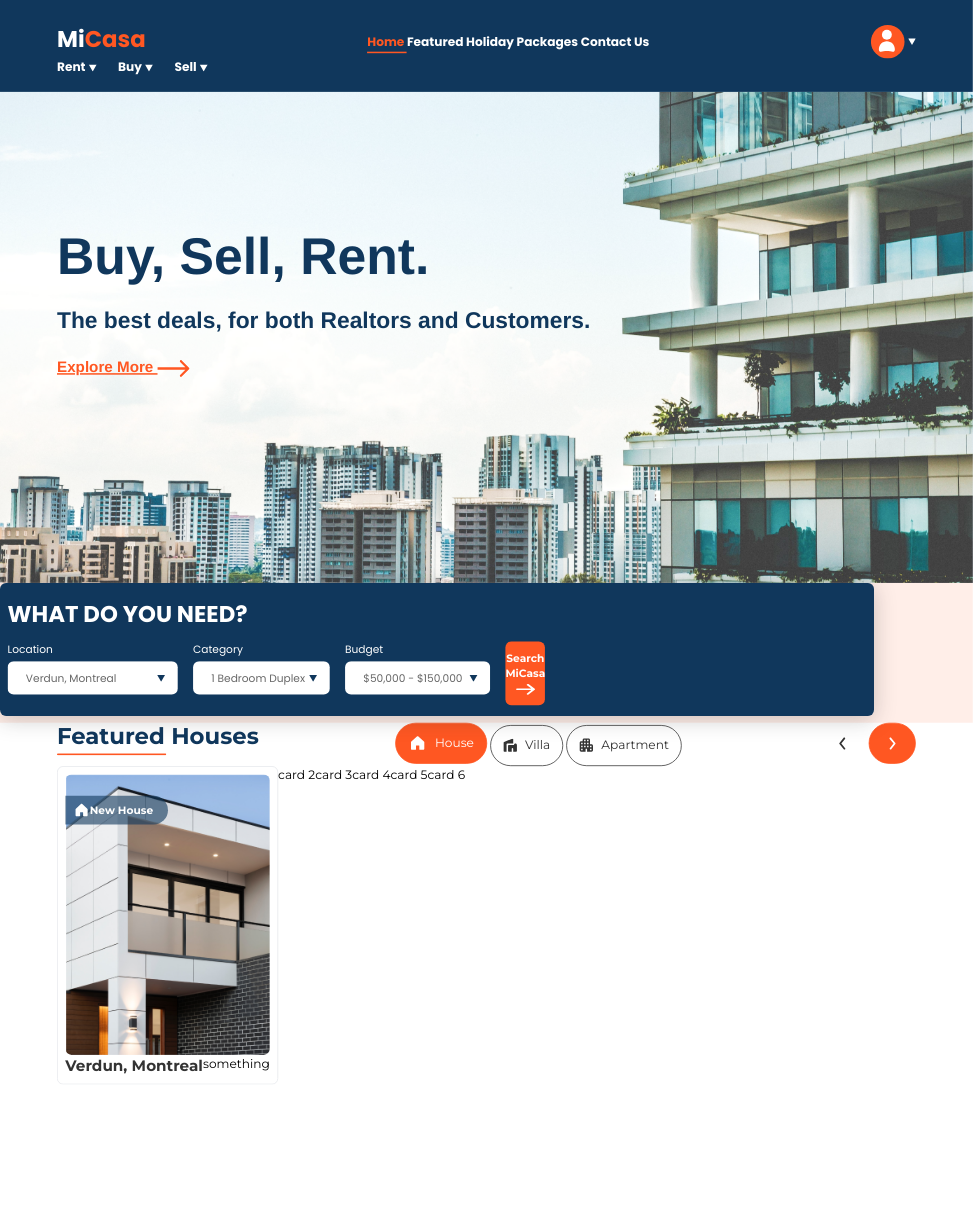
Repository: BenUnyolo/micasa-frontend
Page: index.html
An editor plug-in stored every save of this project. The page is shown before and after the next save, followed by the edit.
The browser window is 1280 px wide. The pictures show the whole page, at 76% of full size.

Above is the page before, as saved 2021-10-17 16:43:39.

### index.html
<!DOCTYPE html>
<html lang="en">
  <head>
    <meta charset="UTF-8" />
    <meta http-equiv="X-UA-Compatible" content="IE=edge" />
    <meta name="viewport" content="width=device-width, initial-scale=1.0" />
    <title>Document</title>
    <link rel="stylesheet" href="tailwind.css" />
  </head>
  <body>
    <!-- HEADER -->
    <header class="pt-8 pb-5 text-white bg-primary-600">
      <div class="inner-container">
        <!-- top row -->
        <div class="flex flex-row justify-between">
          <a
            href="/"
            class="inline-block text-3xl font-bold leading-10 font-poppins"
          >
            Mi<span class="text-secondary-600">Casa</span>
          </a>
          <nav class="flex items-center inline-block">
            <ul class="font-bold li-inline space-x-14 font-poppins">
              <li
                class="
                  text-secondary-600
                  border-b-2
                  pb-0.5
                  border-secondary-600
                "
              >
                <a href="/">Home</a>
              </li>
              <li><a href="#">Featured</a></li>
              <li><a href="#">Holiday Packages</a></li>
              <li><a href="#">Contact Us</a></li>
            </ul>
          </nav>
          <div class="flex flex-row items-center">
            <img src="assets/images/user_avatar.svg" alt="user avatar" />
            <svg
              width="14"
              height="12"
              viewBox="0 0 14 12"
              fill="none"
              xmlns="http://www.w3.org/2000/svg"
              class="pl-1"
            >
              <title>profile dropdown</title>
              <path d="M7 12L0.0717964 0H13.9282L7 12Z" fill="white" />
            </svg>
          </div>
        </div>
        <!-- bottom row -->
        <div>
          <ul class="space-x-6 font-bold li-inline font-poppins">
            <li>
              Rent
              <svg
                width="12"
                height="9"
                viewBox="0 0 12 9"
                fill="none"
                xmlns="http://www.w3.org/2000/svg"
                class="inline-block"
              >
                <path d="M6 9L0.803848 0H11.1962L6 9Z" fill="white" />
              </svg>
            </li>
            <li>
              Buy
              <svg
                width="12"
                height="9"
                viewBox="0 0 12 9"
                fill="none"
                xmlns="http://www.w3.org/2000/svg"
                class="inline-block"
              >
                <path d="M6 9L0.803848 0H11.1962L6 9Z" fill="white" />
              </svg>
            </li>
            <li>
              Sell
              <svg
                width="12"
                height="9"
                viewBox="0 0 12 9"
                fill="none"
                xmlns="http://www.w3.org/2000/svg"
                class="inline-block"
              >
                <path d="M6 9L0.803848 0H11.1962L6 9Z" fill="white" />
              </svg>
            </li>
          </ul>
        </div>
      </div>
    </header>

    <!-- HERO -->
    <div class="hero">
      <div class="flex inner-container">
        <div class="w-6/12">
          <h1 class="text-primary-600">Buy, Sell, Rent.</h1>
          <h2 class="mt-7.5 text-primary-600">
            The best deals, for both Realtors and Customers.
          </h2>
          <a
            href="#"
            class="
              inline-block
              mt-7.5
              text-secondary-600
              font-helvetica font-bold
              text-xl
              underline
            "
            >Explore More
            <svg
              width="43"
              height="23"
              viewBox="0 0 43 23"
              fill="none"
              xmlns="http://www.w3.org/2000/svg"
              class="inline-block"
            >
              <path
                d="M41.6936 12.9142C42.2794 12.3284 42.2794 11.3786 41.6936 10.7929L32.1477 1.24691C31.5619 0.661127 30.6122 0.661127 30.0264 1.24691C29.4406 1.8327 29.4406 2.78245 30.0264 3.36823L38.5117 11.8535L30.0264 20.3388C29.4406 20.9246 29.4406 21.8743 30.0264 22.4601C30.6122 23.0459 31.5619 23.0459 32.1477 22.4601L41.6936 12.9142ZM0.0714722 13.3535H40.633V10.3535H0.0714722V13.3535Z"
                fill="#FF5722"
              />
            </svg>
          </a>
        </div>
      </div>
    </div>

    <!-- SEARCH & HOW IT WORKS -->
    <div class="relative">
      <!-- what do you need -->
      <div
        class="absolute w-full pt-5 -mb-5 text-sm text-white rounded-lg  px-28 pb-7 font-poppins bg-primary-600 absolute-center inner-container -top-32"
        id="homepage-search"
      >
        <h3 class="leading-normal uppercase font-poppins">What do you need?</h3>
        <!-- search boxes -->
        <span class="inline-block w-full mt-3">
          <div class="flex flex-wrap -m-2.5">
            <!-- location -->
            <div class="w-1/3 p-2.5">
              <label for="location" class="block">Location</label>
              <select name="location" id="search-location">
                <option value="verdun-montreal">Verdun, Montreal</option>
                <option value="sthenri-montreal">Saint Henri, Montreal</option>
                <option value="littleburgundy-montreal">
                  Little Burgundy, Montreal
                </option>
              </select>
            </div>
            <!-- category -->
            <div class="w-1/3 p-2.5">
              <label for="category" class="block">Category</label>
              <select name="category" id="search-category">
                <option value="1br-duplex">1 Bedroom Duplex</option>
                <option value="2br-duplex">2 Bedroom Duplex</option>
                <option value="3br-duplex">3 Bedroom Duplex</option>
              </select>
            </div>
            <!-- category -->
            <div class="w-1/3 p-2.5">
              <label for="budget" class="block">Budget</label>
              <select name="budget" id="search-budget">
                <option value="50k-150k">$50,000 - $150,000</option>
                <option value="150k-250k">$150,001 - $250,000</option>
                <option value="250k-350k">$250,001 - $350,000</option>
              </select>
            </div>
            <!-- search button -->
            <div class="w-1/3 p-2.5 ml-auto">
              <div class="relative w-full">
                <button class="absolute btn-standard">
                  Search MiCasa
                  <svg
                    width="25"
                    height="15"
                    viewBox="0 0 25 15"
                    fill="none"
                    xmlns="http://www.w3.org/2000/svg"
                    class="inline-block"
                  >
                    <path
                      d="M1.5625 8H20.0938L14.4219 12.36C14.2906 12.4611 14.1916 12.5778 14.1308 12.7034C14.0699 12.829 14.0483 12.961 14.0672 13.0919C14.1052 13.3564 14.3059 13.6003 14.625 13.77C14.9441 13.9397 15.3555 14.0214 15.7686 13.997C16.1818 13.9726 16.5629 13.8442 16.8281 13.64L24.6406 7.64C24.6932 7.59228 24.7402 7.54214 24.7812 7.49C24.7813 7.44 24.8594 7.41 24.8906 7.36C24.9614 7.24534 24.9985 7.12329 25 7C24.9985 6.87671 24.9614 6.75466 24.8906 6.64C24.8906 6.59 24.8125 6.56 24.7812 6.51C24.7402 6.45786 24.6932 6.40773 24.6406 6.36L16.8281 0.360002C16.6812 0.247119 16.4972 0.156339 16.2893 0.0941181C16.0814 0.0318971 15.8545 -0.000236672 15.625 1.91036e-06C15.2599 -0.000454603 14.9061 0.0809208 14.625 0.230002C14.4668 0.313951 14.336 0.417051 14.2401 0.533399C14.1443 0.649746 14.0852 0.777054 14.0663 0.908031C14.0475 1.03901 14.0692 1.17108 14.1302 1.29668C14.1912 1.42229 14.2903 1.53895 14.4219 1.64L20.0938 6H1.5625C1.1481 6 0.750672 6.10536 0.457646 6.2929C0.16462 6.48043 0 6.73479 0 7C0 7.26522 0.16462 7.51957 0.457646 7.70711C0.750672 7.89464 1.1481 8 1.5625 8Z"
                      fill="white"
                    />
                  </svg>
                </button>
              </div>
            </div>
          </div>
        </span>
      </div>
      <!-- how it works -->
      <div class="pb-10 bg-secondary-600 bg-opacity-10 pt-28 text-grey-800">
        <div class="inner-container">
          <h3 class="text-center">How It Works</h3>
          <div class="flex mt-10">
            <!-- find a listing -->
            <div class="flex w-1/3">
              <div class="flex items-center flex-none">
                <img src="assets/images/find_listing.png" alt="" />
              </div>
              <div class="pl-5">
                <h4 class="font-bold">Find A Listing</h4>
                <p class="mt-2 text-xs">
                  Make a choice of the type of apartment and qualities that
                  appeal to your interest.
                </p>
              </div>
            </div>
            <!-- talk to an agent -->
            <div class="flex w-1/3">
              <div class="flex items-center flex-none">
                <img src="assets/images/talk_to_agent.png" alt="" />
              </div>
              <div class="pl-5">
                <h4 class="font-bold">Talk to an Agent</h4>
                <p class="mt-2 text-xs">
                  Our Agents are available 24 Hours Mon-Sat.
                </p>
              </div>
            </div>
            <!-- set the date -->
            <div class="flex w-1/3">
              <div class="flex items-center flex-none">
                <img src="assets/images/set_date.png" alt="" />
              </div>
              <div class="pl-5">
                <h4 class="font-bold">Set the date and Move in!</h4>
                <p class="mt-2 text-xs">
                  Make payments, get reciept and all other important documents,
                  set your move-in date.
                </p>
              </div>
            </div>
          </div>
        </div>
      </div>
    </div>

    <!-- FEATURED HOUSES -->
    <div class="pt-24 inner-container">
      <!-- title row -->
      <div class="flex flex-row justify-between">
        <!-- title -->
        <h3 class="inline-block orange-underline">Featured Houses</h3>
        <!-- building type buttons -->
        <div class="space-x-7">
          <button class="btn-rounded btn-rounded--orange">
            <svg
              width="25"
              height="24"
              viewBox="0 0 25 24"
              fill="none"
              class="inline-block mr-2.5"
              xmlns="http://www.w3.org/2000/svg"
            >
              <path
                d="M21.298 10.7351V19.179C21.2978 19.4439 21.2261 19.7037 21.0903 19.9311C20.9546 20.1584 20.7599 20.3449 20.5269 20.4707C20.3157 20.5849 20.0789 20.6433 19.8388 20.6402H15.45C15.2562 20.6402 15.0704 20.5632 14.9334 20.4262C14.7964 20.2892 14.7194 20.1033 14.7194 19.9096V15.5253C14.7194 15.3315 14.6424 15.1457 14.5054 15.0087C14.3684 14.8717 14.1825 14.7947 13.9888 14.7947H11.0664C10.8726 14.7947 10.6868 14.8717 10.5497 15.0087C10.4127 15.1457 10.3358 15.3315 10.3358 15.5253V19.9096C10.3358 20.1033 10.2588 20.2892 10.1218 20.4262C9.98476 20.5632 9.79892 20.6402 9.60516 20.6402H5.22491C5.01776 20.6407 4.81289 20.5969 4.62403 20.5118C4.43516 20.4267 4.26667 20.3023 4.12983 20.1467C3.88963 19.8689 3.75934 19.5128 3.76353 19.1456V10.735C3.76368 10.5314 3.8063 10.3301 3.88865 10.1439C3.971 9.95775 4.09128 9.79079 4.2418 9.65371L11.5472 3.01134C11.8155 2.76554 12.1662 2.62918 12.5301 2.62915C12.894 2.62912 13.2448 2.76541 13.5132 3.01116L20.8198 9.6538C20.9703 9.7909 21.0906 9.95787 21.1729 10.1441C21.2552 10.3302 21.2978 10.5315 21.298 10.7351Z"
                class="fill-current"
              />
            </svg>
            House
          </button>
          <button class="btn-rounded">
            <svg
              width="19"
              height="18"
              viewBox="0 0 19 18"
              fill="none"
              class="inline-block mr-2.5"
              xmlns="http://www.w3.org/2000/svg"
            >
              <path
                d="M4.52066 17.0955H1.59825C1.06247 17.0955 0.624107 16.6571 0.624107 16.1213V5.10381C0.624107 4.69468 0.867642 4.33424 1.24756 4.18812L11.9631 0.0675206C12.1112 0.0103599 12.271 -0.00973006 12.4287 0.00899941C12.5864 0.0277289 12.7371 0.0847102 12.8677 0.174983C12.9983 0.265256 13.1048 0.386083 13.1781 0.526948C13.2513 0.667813 13.289 0.824446 13.2879 0.98321V6.37993H5.4948C4.95902 6.37993 4.52066 6.8183 4.52066 7.35407V17.0955ZM14.262 8.32821H7.44307C6.9073 8.32821 6.46894 8.76657 6.46894 9.30235V16.1213C6.46894 16.6571 6.9073 17.0955 7.44307 17.0955H11.3396V13.1989C11.3396 12.6631 11.778 12.2248 12.3138 12.2248C12.8495 12.2248 13.2879 12.6631 13.2879 13.1989V17.0955H17.1845C17.7202 17.0955 18.1586 16.6571 18.1586 16.1213V8.32821C18.1586 7.25666 17.2819 6.37993 16.2103 6.37993C15.1388 6.37993 14.262 7.25666 14.262 8.32821Z"
                class="fill-current"
              />
            </svg>
            Villa
          </button>
          <button class="btn-rounded">
            <svg
              width="19"
              height="19"
              viewBox="0 0 19 19"
              fill="none"
              class="inline-block mr-2.5"
              xmlns="http://www.w3.org/2000/svg"
            >
              <path
                d="M14.3568 8.35402V2.50919C14.3568 1.43764 13.4801 0.560913 12.4086 0.560913H6.56373C5.49218 0.560913 4.61545 1.43764 4.61545 2.50919V4.45746H2.66718C1.59563 4.45746 0.718903 5.33419 0.718903 6.40574V16.1471C0.718903 17.2187 1.59563 18.0954 2.66718 18.0954H8.51201V14.1988H10.4603V18.0954H16.3051C17.3767 18.0954 18.2534 17.2187 18.2534 16.1471V10.3023C18.2534 9.23074 17.3767 8.35402 16.3051 8.35402H14.3568ZM4.61545 16.1471H2.66718V14.1988H4.61545V16.1471ZM4.61545 12.2506H2.66718V10.3023H4.61545V12.2506ZM4.61545 8.35402H2.66718V6.40574H4.61545V8.35402ZM8.51201 12.2506H6.56373V10.3023H8.51201V12.2506ZM8.51201 8.35402H6.56373V6.40574H8.51201V8.35402ZM8.51201 4.45746H6.56373V2.50919H8.51201V4.45746ZM12.4086 12.2506H10.4603V10.3023H12.4086V12.2506ZM12.4086 8.35402H10.4603V6.40574H12.4086V8.35402ZM12.4086 4.45746H10.4603V2.50919H12.4086V4.45746ZM16.3051 16.1471H14.3568V14.1988H16.3051V16.1471ZM16.3051 12.2506H14.3568V10.3023H16.3051V12.2506Z"
                class="fill-current"
              />
            </svg>

            Apartment
          </button>
        </div>
        <!-- arrows -->
        <div>
          <button class="border-white btn-rounded text-grey-800">
            <svg
              width="28"
              height="28"
              viewBox="0 0 28 28"
              fill="none"
              class="inline-block"
              xmlns="http://www.w3.org/2000/svg"
            >
              <path
                d="M17.1585 22.2809C17.4219 22.2815 17.677 22.1892 17.8798 22.0201C17.9939 21.9249 18.0882 21.808 18.1574 21.6761C18.2265 21.5441 18.2691 21.3998 18.2827 21.2513C18.2963 21.1027 18.2807 20.953 18.2367 20.8105C18.1927 20.6681 18.1212 20.5358 18.0263 20.4212L12.9775 14.3431L17.846 8.25361C17.9396 8.13762 18.0095 8.00415 18.0517 7.86089C18.0939 7.71762 18.1075 7.56738 18.0918 7.4188C18.0761 7.27021 18.0313 7.12622 17.9601 6.99509C17.889 6.86396 17.7927 6.74828 17.6769 6.6547C17.5603 6.55147 17.4238 6.4736 17.2759 6.42598C17.1279 6.37837 16.9718 6.36204 16.8173 6.37801C16.6628 6.39398 16.5133 6.44191 16.3781 6.5188C16.2428 6.59569 16.1249 6.69986 16.0316 6.8248L10.5884 13.6287C10.4226 13.8316 10.332 14.0861 10.332 14.3488C10.332 14.6114 10.4226 14.8659 10.5884 15.0688L16.2232 21.8727C16.3362 22.0099 16.4798 22.1184 16.6423 22.1893C16.8049 22.2603 16.9817 22.2917 17.1585 22.2809Z"
                class="fill-current"
              />
            </svg>
          </button>
          <button class="btn-rounded btn-rounded--orange">
            <svg
              width="28"
              height="28"
              viewBox="0 0 28 28"
              fill="none"
              class="inline-block"
              xmlns="http://www.w3.org/2000/svg"
            >
              <path
                d="M11.4953 6.37421C11.232 6.37369 10.9768 6.46597 10.774 6.63503C10.6599 6.73022 10.5656 6.84714 10.4964 6.97907C10.4273 7.11101 10.3847 7.25537 10.3711 7.4039C10.3575 7.55242 10.3731 7.70219 10.4171 7.84462C10.4611 7.98705 10.5326 8.11935 10.6275 8.23394L15.6763 14.3121L10.8078 20.4015C10.7142 20.5175 10.6443 20.651 10.6021 20.7943C10.5599 20.9375 10.5463 21.0878 10.562 21.2364C10.5777 21.3849 10.6225 21.5289 10.6937 21.6601C10.7649 21.7912 10.8611 21.9069 10.9769 22.0005C11.0935 22.1037 11.23 22.1816 11.3779 22.2292C11.5259 22.2768 11.682 22.2931 11.8365 22.2771C11.991 22.2612 12.1405 22.2132 12.2757 22.1364C12.411 22.0595 12.5289 21.9553 12.6222 21.8304L18.0654 15.0265C18.2312 14.8236 18.3218 14.5691 18.3218 14.3064C18.3218 14.0437 18.2312 13.7892 18.0654 13.5863L12.4306 6.78244C12.3176 6.64521 12.174 6.53673 12.0115 6.4658C11.8489 6.39487 11.6721 6.36349 11.4953 6.37421Z"
                class="fill-current"
              />
            </svg>
          </button>
        </div>
      </div>
      <!-- house cards -->
      <div class="flex overflow-x-scroll">
        <!-- card 1 -->
        <div class="flex-none w-1/4 border p-2.5 rounded-lg bg-white">
          <!-- top section -->
          <div class="relative">
            <!-- image -->
            <img
              src="assets/images/house_cards/house_1.png"
              alt="house with balcony"
              class="object-cover w-full rounded-lg h-86"
            />
            <!-- tag -->
            <div class="house-card__tag house-card__tag--new-house">
              New House
            </div>
          </div>
          <!-- title section -->
          <div class="flex justify-between">
            <h4 class="text-grey-800">Verdun, Montreal</h4>
            <div>something</div>
          </div>
        </div>
        <div class="flex-none w-1/4">card 2</div>
        <div class="flex-none w-1/4">card 3</div>
        <div class="flex-none w-1/4">card 4</div>
        <div class="flex-none w-1/4">card 5</div>
        <div class="flex-none w-1/4">card 6</div>
      </div>
      <br />
      <br />
      <br />
      <br />
      <br />
      <br />
      <br />
      <br />
    </div>
  </body>
</html>

### assets/images/icons/house_white.svg
<svg width="22" height="22" viewBox="0 0 22 22" fill="none" xmlns="http://www.w3.org/2000/svg">
<path d="M19.3194 10.0223V17.6787C19.3192 17.9188 19.2542 18.1544 19.1311 18.3606C19.008 18.5667 18.8315 18.7358 18.6202 18.8498C18.4287 18.9535 18.214 19.0064 17.9963 19.0035H14.0168C13.8411 19.0035 13.6726 18.9337 13.5484 18.8095C13.4241 18.6853 13.3543 18.5168 13.3543 18.3411V14.3657C13.3543 14.19 13.2846 14.0215 13.1603 13.8973C13.0361 13.7731 12.8676 13.7033 12.6919 13.7033H10.042C9.86634 13.7033 9.69784 13.7731 9.57361 13.8973C9.44937 14.0215 9.37958 14.19 9.37958 14.3657V18.3411C9.37958 18.5168 9.30978 18.6853 9.18555 18.8095C9.06131 18.9337 8.89281 19.0035 8.71711 19.0035H4.74541C4.55757 19.004 4.37181 18.9643 4.20056 18.8872C4.02931 18.81 3.87653 18.6971 3.75246 18.5561C3.53466 18.3042 3.41652 17.9814 3.42032 17.6484V10.0222C3.42046 9.83761 3.4591 9.65508 3.53377 9.48626C3.60844 9.31744 3.7175 9.16605 3.85398 9.04176L10.478 3.01891C10.7213 2.79603 11.0393 2.67239 11.3693 2.67236C11.6993 2.67233 12.0173 2.79591 12.2606 3.01874L18.8858 9.04185C19.0223 9.16616 19.1313 9.31756 19.206 9.48637C19.2806 9.65518 19.3192 9.83771 19.3194 10.0223Z" fill="white"/>
</svg>

Loaded but not shown: tailwind.css (library)

After the next save:
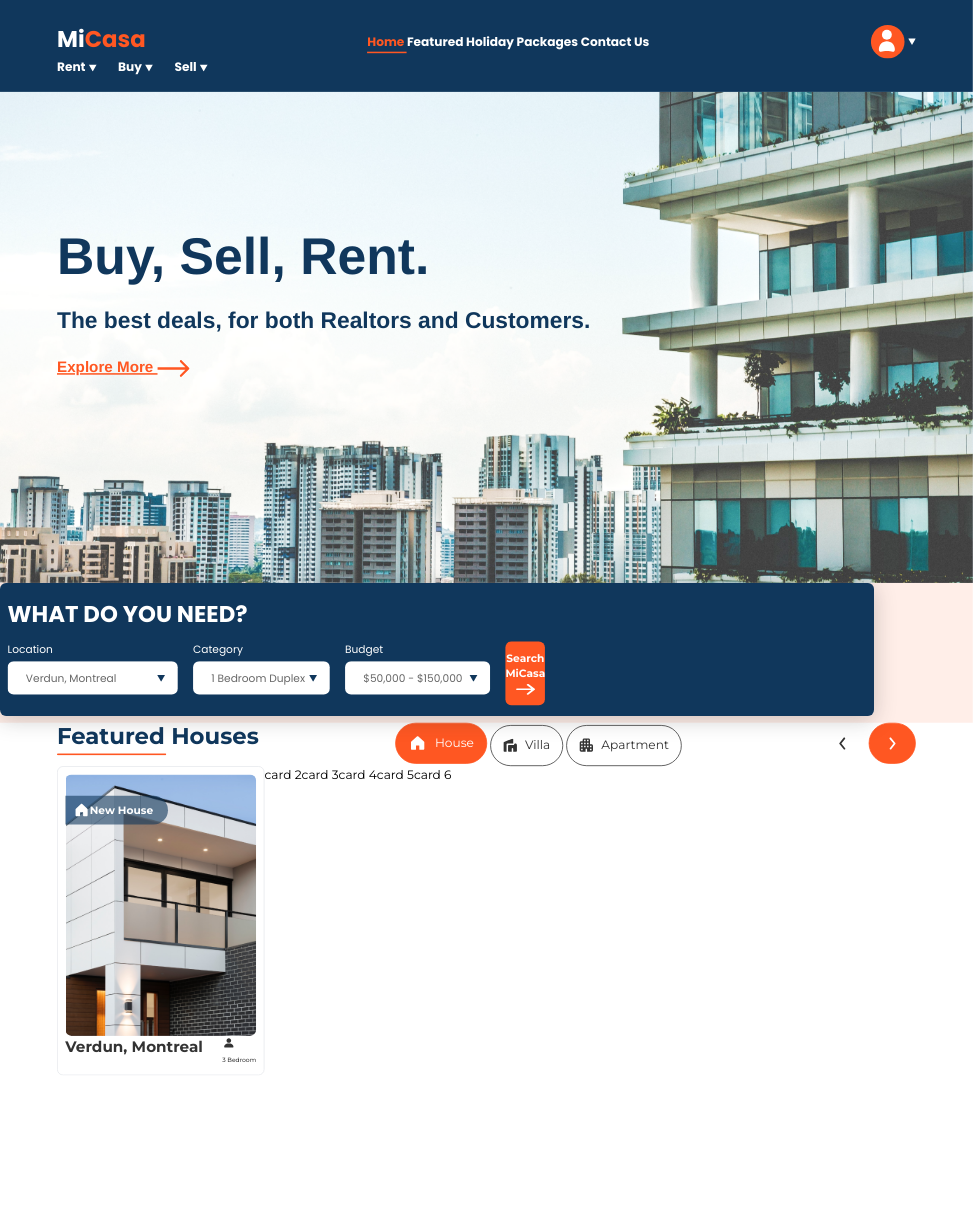
Saved 8 s later.
--- a/index.html
+++ b/index.html
@@ -359,7 +359,23 @@
           <!-- title section -->
           <div class="flex justify-between">
             <h4 class="text-grey-800">Verdun, Montreal</h4>
-            <div>something</div>
+            <div>
+              <span
+                ><svg
+                  width="18"
+                  height="17"
+                  viewBox="0 0 18 17"
+                  fill="none"
+                  xmlns="http://www.w3.org/2000/svg"
+                >
+                  <path
+                    d="M4.01701 15.228C4.01701 15.228 3.00223 15.228 3.00223 14.2132C3.00223 13.1984 4.01701 10.1541 9.0909 10.1541C14.1648 10.1541 15.1796 13.1984 15.1796 14.2132C15.1796 15.228 14.1648 15.228 14.1648 15.228H4.01701ZM9.0909 9.13933C9.89831 9.13933 10.6726 8.81859 11.2436 8.24766C11.8145 7.67674 12.1352 6.9024 12.1352 6.09499C12.1352 5.28759 11.8145 4.51325 11.2436 3.94232C10.6726 3.3714 9.89831 3.05066 9.0909 3.05066C8.28349 3.05066 7.50915 3.3714 6.93823 3.94232C6.36731 4.51325 6.04656 5.28759 6.04656 6.09499C6.04656 6.9024 6.36731 7.67674 6.93823 8.24766C7.50915 8.81859 8.28349 9.13933 9.0909 9.13933Z"
+                    fill="#333333"
+                  />
+                </svg>
+                <span class="text-xxxs">3 Bedroom</span>
+              </span>
+            </div>
           </div>
         </div>
         <div class="flex-none w-1/4">card 2</div>
